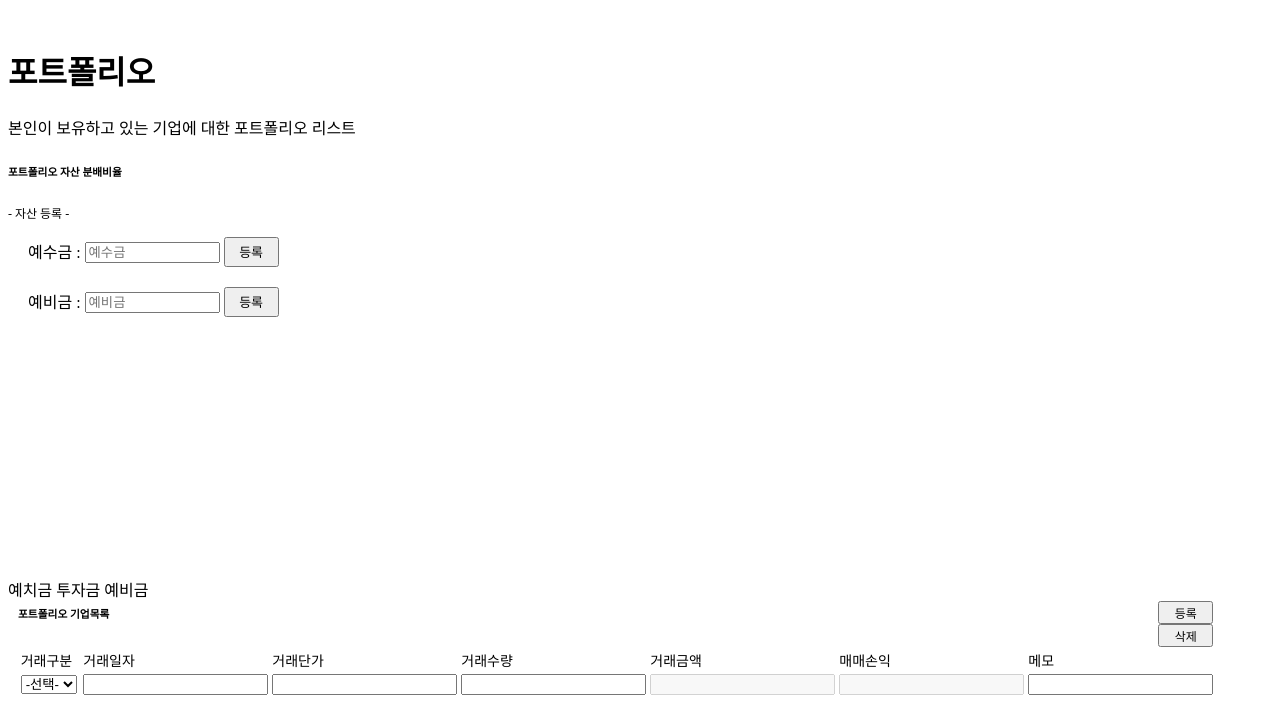
Repository: bangProgram/PJT_Finance
Page: http://localhost/Finance/WEB-INF/views/portfolio/portfolioDetail.jsp
An editor plug-in stored every save of this project. The page is shown before and after the next save, followed by the edit.
The browser window is 1280 px wide. The pictures show the whole page.
The page is served by Tomcat 9. Nobody is signed in. Other server files are loaded and not shown. The template is opened directly, without the code that normally fills it, so the values that code supplies are empty.

Above is the page before, as saved 2022-11-16 05:29:06.

### Finance/src/main/webapp/WEB-INF/views/portfolio/portfolioDetail.jsp
<%@ page pageEncoding="UTF-8" contentType="text/html;charset=utf-8"%>
<%@ taglib prefix="fmt" uri="http://java.sun.com/jsp/jstl/fmt"%>
<%@ taglib uri="http://java.sun.com/jsp/jstl/core" prefix="c"%>
<script src="https://code.jquery.com/jquery-3.4.1.min.js"></script>﻿
<script type="text/javascript">
	var toggleChk = true;
	$(document).ready(function(){

	});

</script>

<style>
@keyframes add {
	from{background : lightgreen;}
	to{background : transparent;}
}

@keyframes del {
	from{background : indianred;}
	to{background : transparent;}
}

@keyframes search {
	from{background : lightsteelblue;}
	to{background : transparent;}
}

</style>
<html>
<head>
<title>사업장 목록</title>
</head>
<body>
<div class="container-fluid">
	<form name="searchForm" method="post">
	<input type="hidden" name="pYearList" id="pYearList" value="${yearString}" title="조회 년도 목록">
	<input type="hidden" name="pQuaterList" id="pQuaterList" value="${quaterString}" title="조회 년도 목록">
	<input type="hidden" name="pStartYear" id="pStartYear" class="pSearchYear" value="${pStartYear}" title="조회 시작년도">
	<input type="hidden" name="pEndYear" id="pEndYear" class="pSearchYear" value="${pEndYear}" title="조회 시작년도">

	<input type="hidden" name="corpCds" id="corpCds" value="" title="삭제대상 사업장코드(복수)">
    </form>
</div>

<div class="container-fluid">

	<!-- Page Heading -->
	<h1 class="h3 mb-2 text-gray-800">포트폴리오</h1>
	<p class="mb-4">본인이 보유하고 있는 기업에 대한 포트폴리오 리스트
		<span id=""></span>
	</p>

	<div class="col-xl-4 col-lg-5">
	    <div class="card shadow mb-4" id="cardDiv">
	        <!-- Card Header - Dropdown -->
	        <div class="card-header py-3 d-flex flex-row align-items-center justify-content-between">
	            <h6 class="m-0 font-weight-bold text-primary">포트폴리오 자산 분배비율</h6>
	            <div class="dropdown no-arrow">
	                <a class="dropdown-toggle" href="#" role="button" id="dropdownMenuLink" data-toggle="dropdown" aria-haspopup="true" aria-expanded="false">
	                    <i class="fas fa-ellipsis-v fa-sm fa-fw text-gray-400"></i>
	                </a>
	                <div class="dropdown-menu dropdown-menu-right shadow animated--fade-in" aria-labelledby="dropdownMenuLink">
	                    <div class="dropdown-header" style="font-size: 12px;">- 자산 등록 -</div>
	                    <div class="dropdown-divider"></div>
	                    <div style="padding: 5px 10px 5px 10px;">
		                    <div class="dropdown-item" style="padding: 10px 10px 10px 10px;">
			                    예수금 : <input type="text" name="DEPOSIT_AMOUNT" id="DEPOSIT_AMOUNT" style="width : 135px;" value="${getPortfolio.DEPOSIT_AMOUNT }"  title="예수금" placeholder="예수금">
			                    <button class="btn btn-outline-primary" style="height: 30px; font-size: 13px; width: 55px;" id="btn_DEPOSIT_AMOUNT" onclick="regAsset('deposit'); return false;">
			                    	<c:if test="${getPortfolio.DEPOSIT_AMOUNT != null }">수정</c:if>
			                    	<c:if test="${getPortfolio.DEPOSIT_AMOUNT == null }">등록</c:if>
			                    </button>
		                    </div>
		                    <div class="dropdown-divider"></div>
		                    <div class="dropdown-item" style="padding: 10px 10px 10px 10px;">
			                    예비금 : <input type="text" name="RESERVE_AMOUNT" id="RESERVE_AMOUNT" style="width : 135px;" value="${getPortfolio.RESERVE_AMOUNT }"  title="예비금" placeholder="예비금">
			                    <button class="btn btn-outline-primary" style="height: 30px; font-size: 13px; width: 55px;" id="btn_RESERVE_AMOUNT" onclick="regAsset('reserve'); return false;">
			                    	<c:if test="${getPortfolio.RESERVE_AMOUNT != null }">수정</c:if>
			                    	<c:if test="${getPortfolio.RESERVE_AMOUNT == null }">등록</c:if>
			                    </button>
		                    </div>
	                    </div>
	                </div>
	            </div>
	        </div>
	        <!-- Card Body -->
	        <div class="card-body">
	            <div class="chart-pie pt-4 pb-2"><div class="chartjs-size-monitor"><div class="chartjs-size-monitor-expand"><div class=""></div></div><div class="chartjs-size-monitor-shrink"><div class=""></div></div></div>
	                <canvas id="myPieChart" width="470" height="245" style="display: block; width: 470px; height: 245px;" class="chartjs-render-monitor"></canvas>
	            </div>
	            <div class="mt-4 text-center small">
	                <span class="mr-2">
	                    <i class="fas fa-circle text-primary"></i> 예치금
	                </span>
	                <span class="mr-2">
	                    <i class="fas fa-circle text-success"></i> 투자금
	                </span>
	                <span class="mr-2">
	                    <i class="fas fa-circle text-info"></i> 예비금
	                </span>
	            </div>
	        </div>
	    </div>
	</div>

	<!-- DataTales Example -->
    <div class="card shadow mb-4">
        <div class="card-header py-3" id="dataTables" style="display: table;">
            <h6 class="m-0 font-weight-bold text-primary" style="display: table-cell; width: 91%; padding-left: 10px;">포트폴리오 기업목록</h6>
            <div >
				<button class="dt-button buttons-excel buttons-html5 btn btn-outline-primary excelBtn" style="width: 55px; font-size: 12px;" tabindex="0" aria-controls="portCorpList" onclick="delPortCorp(); return false;">
					<span>등록</span>
				</button>
				<button class="dt-button buttons-excel buttons-html5 btn btn-outline-primary excelBtn" style="width: 55px; font-size: 12px;" tabindex="0" aria-controls="portCorpList" onclick="delPortCorp(); return false;">
					<span>삭제</span>
				</button>
			</div>
        </div>
        <div class="card-body">
            <div class="table-responsive" >
                <table id="portCorpList" class="table table-bordered" id="dataTable"  style="font-size: 14px; width:100%" >
                	<colgroup>
                		<col width="3%"/>
                		<col width="6%"/>
                		<col width="10%"/>
                		<col width="10%"/>
                		<col width="6%"/>
                		<col width="12%"/>
                		<col width="10%"/>
                		<col width="43%"/>
                	</colgroup>
                    <thead id="tableHead">
			            <tr>
			            	<td></td>
			            	<td>거래구분</td>
							<td>거래일자</td>
							<td>거래단가</td>
							<td>거래수량</td>
							<td>거래금액</td>
							<td>매매손익</td>
							<td>메모</td>
						</tr>
			        </thead>
			        <tbody id="bodyList">
						<c:forEach items="${resultList}" var="ls" >
							<tr>
								<td><input type="checkbox" name="del" value="${ls.SEQ}" title="포트폴리오 상세 SEQ"/></td>
								<td><c:out value="${ls.gubn}"/></td>
								<td><c:out value="${ls.TRADE_DATE}"/></td>
								<td><c:out value="${ls.TRADE_PRICE}"/></td>
								<td>
									<c:if test="${ls.gubn == 'B'}"><c:out value="${ls.BUY_QUANTITY}"/></c:if>
									<c:if test="${ls.gubn == 'S'}"><c:out value="${ls.SELL_QUANTITY}"/></c:if>
								</td>
								<td>
									<c:if test="${ls.gubn == 'B'}"><c:out value="${ls.BUY_AMOUNT}"/></c:if>
									<c:if test="${ls.gubn == 'S'}"><c:out value="${ls.SELL_AMOUNT}"/></c:if>
								</td>
								<td><c:out value="${ls.RETURN_AMOUNT}"/></td>
								<td><c:out value="${ls.MEMO}"/></td>
							</tr>
						</c:forEach>
						<tr>
							<td></td>
							<td>
								<select name="gubn" id="gubn" title="포트폴리오 상세 구분">
									<option value="">-선택-</option>
									<option value="B">매수</option>
									<option value="S">매도</option>
								</select>
							</td>
						    <td><input type="text" name="TRADE_DATE" id="TRADE_DATE" value="" title="포트폴리오 거래일자"/></td>
						    <td><input type="text" name="TRADE_PRICE" id="TRADE_PRICE" value="" title="포트폴리오 거래단가"/></td>
							<td>
								<input type="text" name="TRADE_QUANTITY" id="TRADE_QUANTITY" value="" title="포트폴리오 거래수량"/>
								<input type="hidden" name="BUY_QUANTITY" id="BUY_QUANTITY" value="" title="매수 거래수량"/>
								<input type="hidden" name="SELL_QUANTITY" id="SELL_QUANTITY" value="" title="매도 거래수량"/>
							</td>
							<td>
								<input type="text" name="TRADE_AMOUNT" id="TRADE_AMOUNT" value="" title="포트폴리오 거래금액" disabled="disabled"/>
								<input type="hidden" name="BUY_AMOUNT" id="BUY_AMOUNT" value="" title="매수 거래금액"/>
								<input type="hidden" name="SELL_AMOUNT" id="SELL_AMOUNT" value="" title="매도 거래금액"/>
							</td>
							<td><input type="text" name="RETURN_AMOUNT" id="RETURN_AMOUNT" value="" title="포트폴리오 매매손익" disabled="disabled"/></td>
							<td><input type="text" name="MEMO" id="MEMO" value="" title="포트폴리오 거래 사유" /></td>
						</tr>
			        </tbody>
                </table>
            </div>
        </div>
    </div>
</div>
</body>
</html>

After the next save:
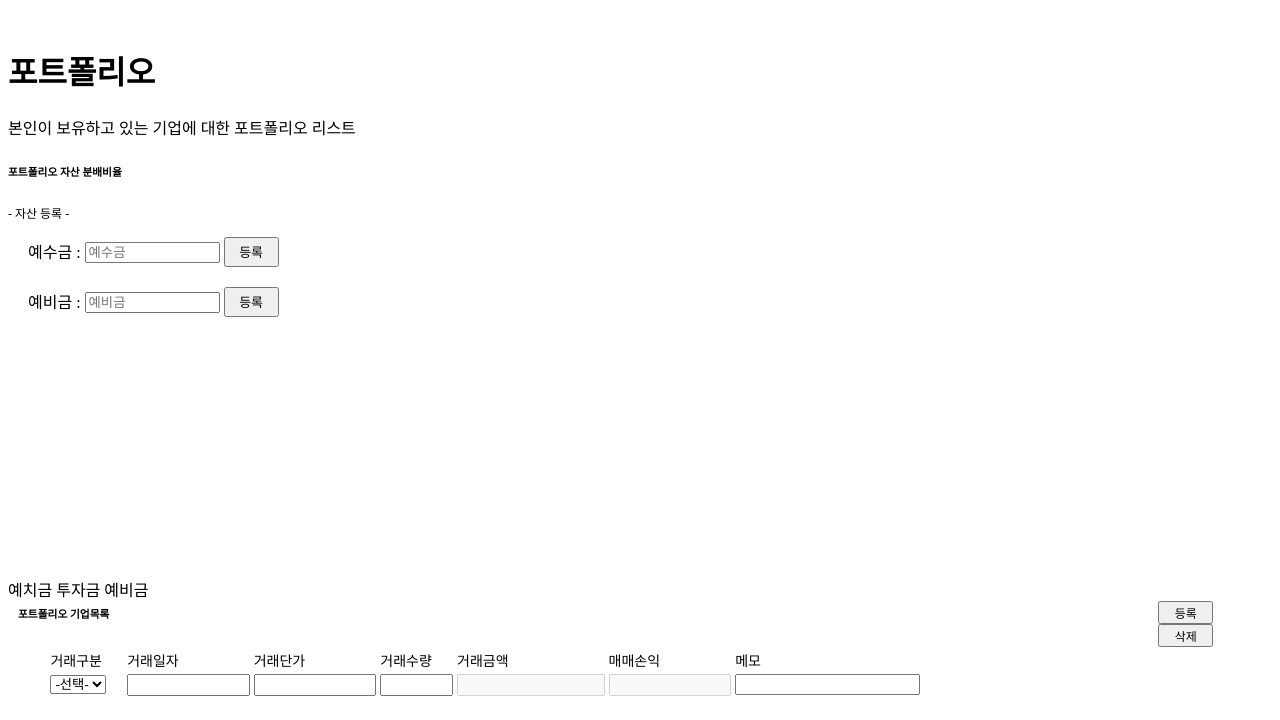
Saved 46 s later.
--- a/Finance/src/main/webapp/WEB-INF/views/portfolio/portfolioDetail.jsp
+++ b/Finance/src/main/webapp/WEB-INF/views/portfolio/portfolioDetail.jsp
@@ -169,19 +169,19 @@
 									<option value="S">매도</option>
 								</select>
 							</td>
-						    <td><input type="text" name="TRADE_DATE" id="TRADE_DATE" value="" title="포트폴리오 거래일자"/></td>
-						    <td><input type="text" name="TRADE_PRICE" id="TRADE_PRICE" value="" title="포트폴리오 거래단가"/></td>
+						    <td><input type="text" name="TRADE_DATE" id="TRADE_DATE" value="" title="포트폴리오 거래일자" style="font-size: 14px; width:100%"/></td>
+						    <td><input type="text" name="TRADE_PRICE" id="TRADE_PRICE" value="" title="포트폴리오 거래단가" style="font-size: 14px; width:100%"/></td>
 							<td>
-								<input type="text" name="TRADE_QUANTITY" id="TRADE_QUANTITY" value="" title="포트폴리오 거래수량"/>
+								<input type="text" name="TRADE_QUANTITY" id="TRADE_QUANTITY" value="" title="포트폴리오 거래수량" style="font-size: 14px; width:100%"/>
 								<input type="hidden" name="BUY_QUANTITY" id="BUY_QUANTITY" value="" title="매수 거래수량"/>
 								<input type="hidden" name="SELL_QUANTITY" id="SELL_QUANTITY" value="" title="매도 거래수량"/>
 							</td>
 							<td>
-								<input type="text" name="TRADE_AMOUNT" id="TRADE_AMOUNT" value="" title="포트폴리오 거래금액" disabled="disabled"/>
+								<input type="text" name="TRADE_AMOUNT" id="TRADE_AMOUNT" value="" title="포트폴리오 거래금액" disabled="disabled" style="font-size: 14px; width:100%"/>
 								<input type="hidden" name="BUY_AMOUNT" id="BUY_AMOUNT" value="" title="매수 거래금액"/>
 								<input type="hidden" name="SELL_AMOUNT" id="SELL_AMOUNT" value="" title="매도 거래금액"/>
 							</td>
-							<td><input type="text" name="RETURN_AMOUNT" id="RETURN_AMOUNT" value="" title="포트폴리오 매매손익" disabled="disabled"/></td>
+							<td><input type="text" name="RETURN_AMOUNT" id="RETURN_AMOUNT" value="" title="포트폴리오 매매손익" disabled="disabled" style="font-size: 14px; width:100%"/></td>
 							<td><input type="text" name="MEMO" id="MEMO" value="" title="포트폴리오 거래 사유" /></td>
 						</tr>
 			        </tbody>
